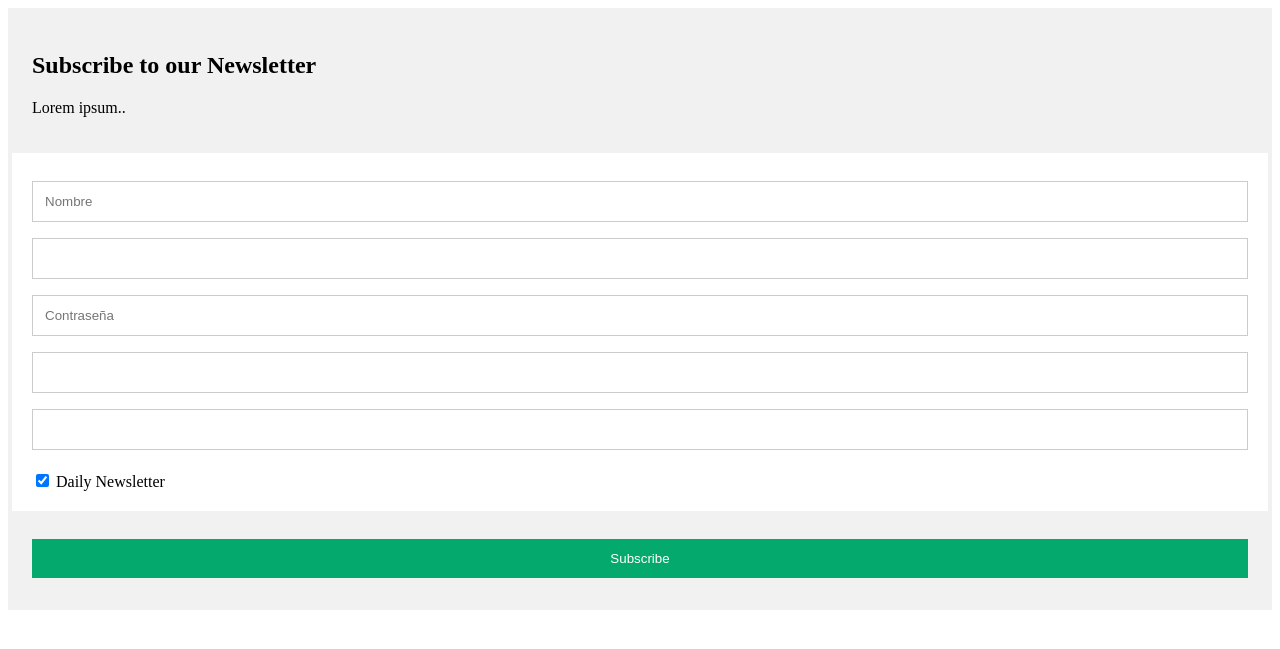
Repository: Larrowo/LPPA-2
Page: Clase 6/subpage.html
An editor plug-in stored every save of this project. The page is shown before and after the next save, followed by the edit.
The browser window is 1280 px wide. The pictures show the whole page.

Above is the page before, as saved 2022-05-31 12:09:30.

After the next save:
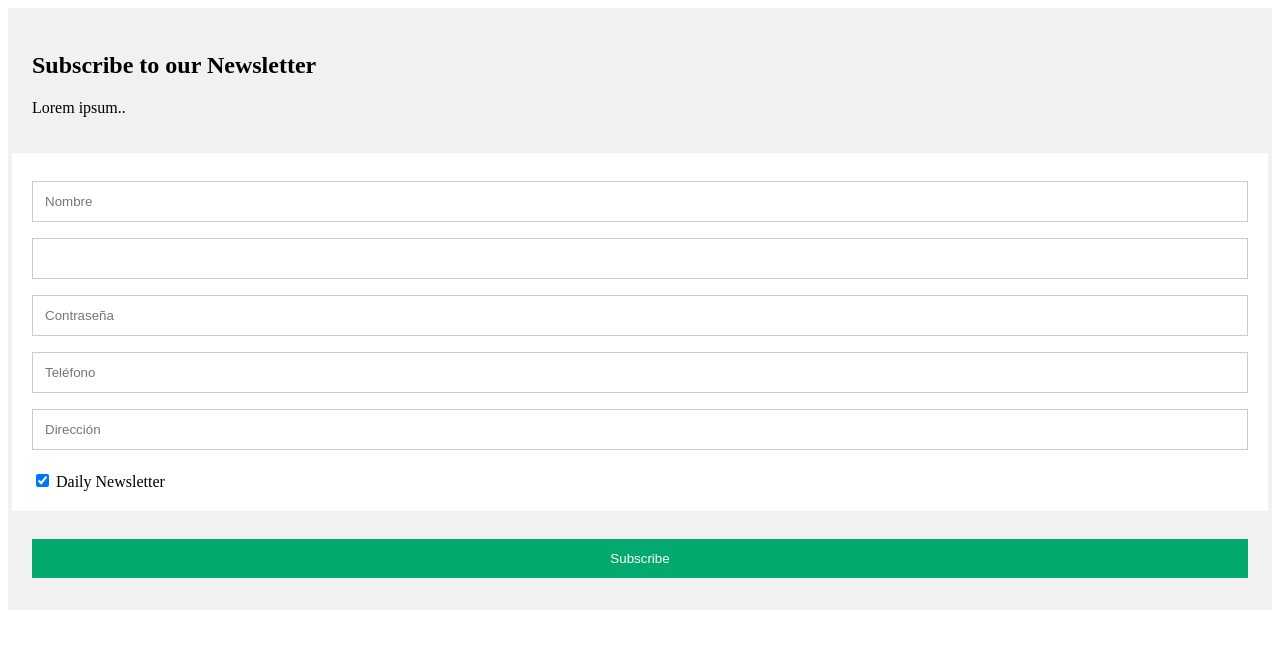
Saved 48 s later.
--- a/Clase 6/subpage.html
+++ b/Clase 6/subpage.html
@@ -17,9 +17,9 @@
         <div class="container" style="background-color:white">
           <input type="text" placeholder="Nombre" name="name" required>
           <input type="text" placeholder="" name="Email" required>
-          <input type="text" placeholder="Contraseña" required>
-          <input type="text" name="Teléfono" required>
-          <input type="text" name="Dirección" required>
+          <input type="text" placeholder="Contraseña" name="contraseña" required>
+          <input type="text" placeholder="Teléfono" name="telefono" required>
+          <input type="text" placeholder="Dirección" name="direccion" required>
           <label>
             <input type="checkbox" checked="checked" name="subscribe"> Daily Newsletter
           </label>
